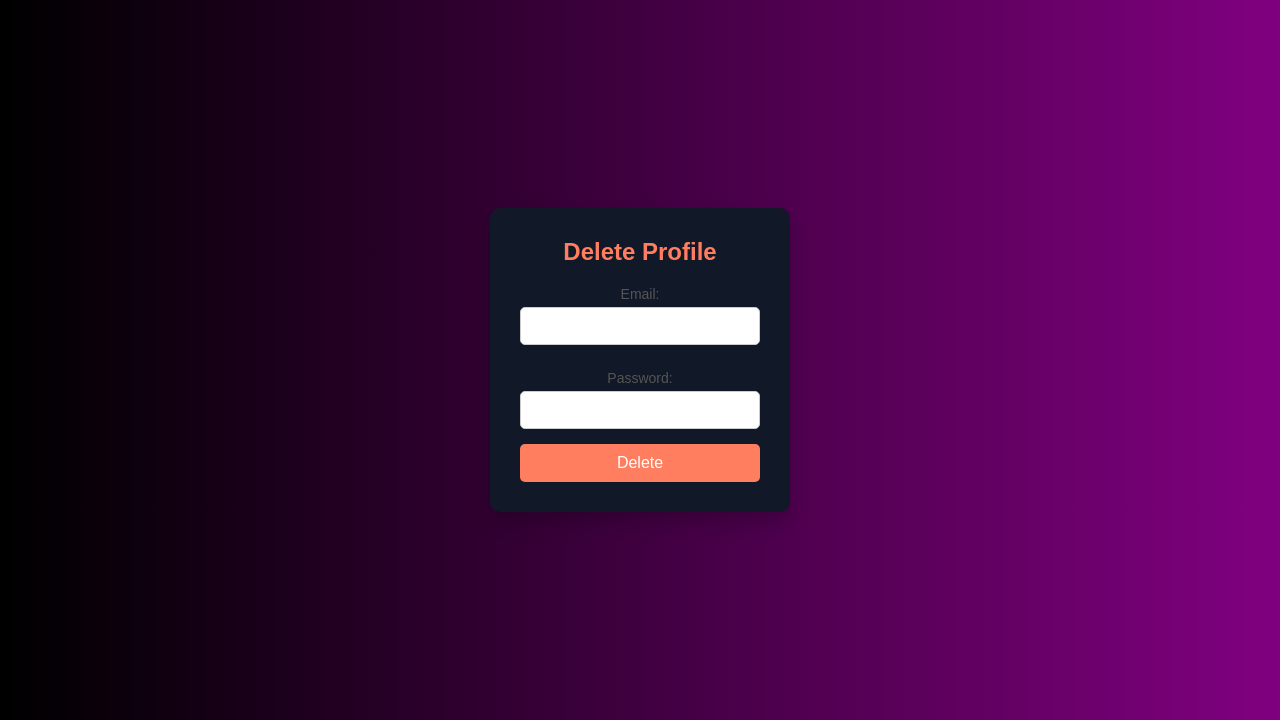
Repository: PeruriNaresh/Bank_Project
Page: http://localhost/bank_project/Delete.jsp
The author's editor kept a copy of each file at every save. The page is drawn from the files as they stood at one save, then again after the next save.
The browser window is 1280 px wide. The pictures show the whole page.
The page is served by Tomcat 9. Other server files are loaded and not shown.

Above is the page before, as saved 2024-10-25 16:37:33.

### bank_project/src/main/webapp/Delete.jsp
<%@ page language="java" contentType="text/html; charset=UTF-8"
    pageEncoding="UTF-8"%>
<!DOCTYPE html>
<html>
<head>
<meta charset="UTF-8">
<title>Delete Profile</title>
</head>
<style>
* {
    margin: 0;
    padding: 0;
    box-sizing: border-box;
}

body {
    font-family: 'Arial', sans-serif;
    background: linear-gradient(to right, black, purple );
    height: 100vh;
    display: flex;
    justify-content: center;
    align-items: center;
}

.container {
    background-color: rgba(17, 24, 39, 1);
    padding: 30px;
    border-radius: 10px;
    box-shadow: 0 10px 20px rgba(0, 0, 0, 0.2);
    width: 300px;
    text-align: center;
}

h1 {
    color: #ff7e5f;
    margin-bottom: 20px;
    font-size: 24px;
}

label {
    display: block;
    margin: 10px 0 5px;
    color: #555;
    font-size: 14px;
}

input[type="email"],
input[type="password"] {
    width: 100%;
    padding: 10px;
    margin-bottom: 15px;
    border: 1px solid #ccc;
    border-radius: 5px;
    font-size: 14px;
}

input[type="submit"] {
    background-color: #ff7e5f;
    color: white;
    border: none;
    padding: 10px;
    width: 100%;
    border-radius: 5px;
    cursor: pointer;
    font-size: 16px;
}

input[type="submit"]:hover {
    background-color: #feb47b;
}


</style>
<body>
 <div class="container">
        <h1>Delete Profile</h1>
        <form action="delete" method="post">
            <label for="email">Email:</label>
            <input type="email" id="email" name="email" required>
            <label for="password">Password:</label>
            <input type="password" id="password" name="password" required>
            <% String msg=(String)request.getAttribute("msg");
            if(msg!=null)
            {
            	out.println("<p>"+msg+"</p>");
            }%>
            <br>
            <input type="submit" value="Delete">
        </form>
    </div>
</body>
</html>

After the next save:
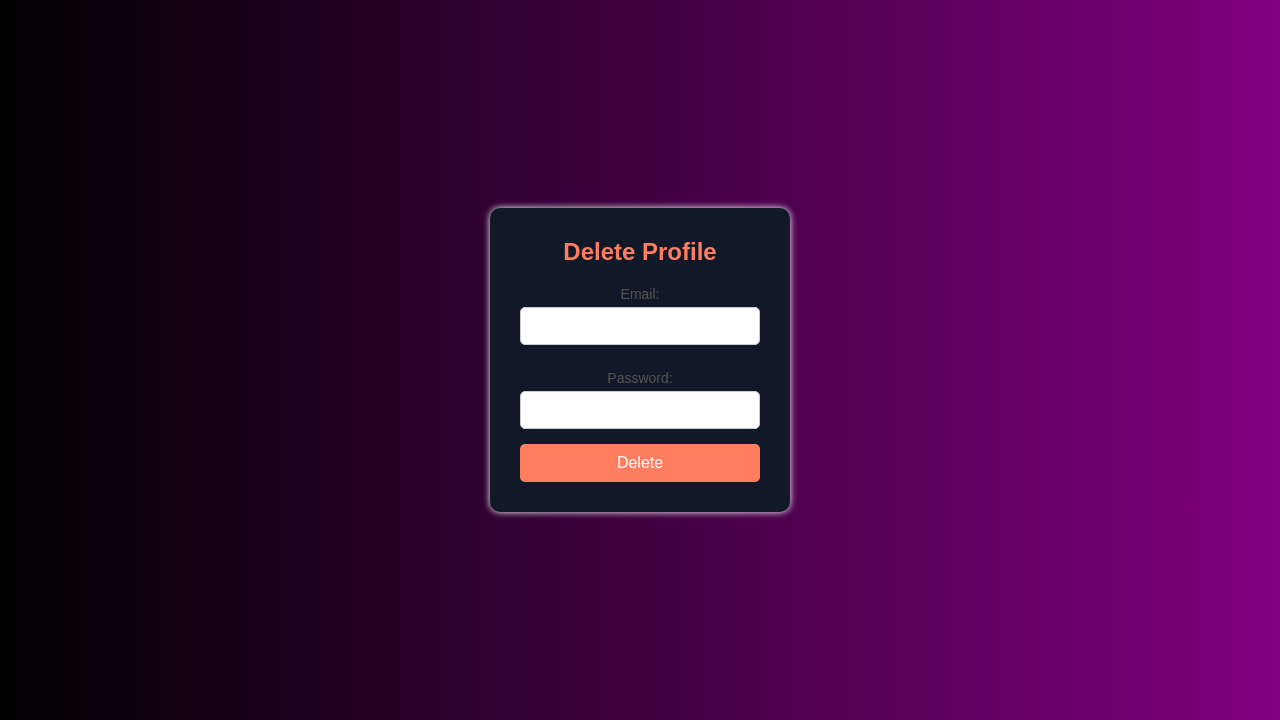
Saved 19 s later.
--- a/bank_project/src/main/webapp/Delete.jsp
+++ b/bank_project/src/main/webapp/Delete.jsp
@@ -29,6 +29,7 @@ body {
     box-shadow: 0 10px 20px rgba(0, 0, 0, 0.2);
     width: 300px;
     text-align: center;
+    box-shadow:0px 0px 7px white;
 }
 
 h1 {
